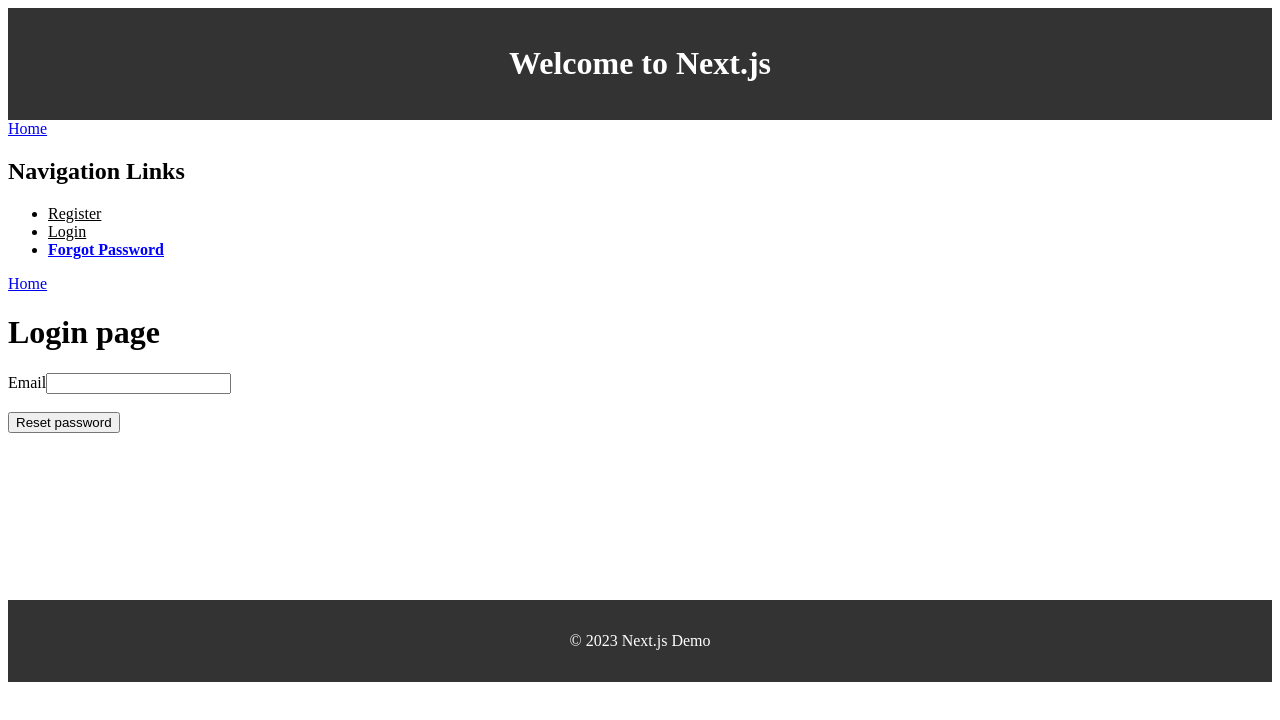
Repository: JasonMorta/NextJs-13_Basics
Page: /forgot-password (app in NEXTJS15/next13-demo/)
The author's editor kept a copy of each file at every save. The page is drawn from the files as they stood at one save, then again after the next save.
The browser window is 1280 px wide. The pictures show the whole page.
The project was rebuilt for these pictures with package versions that can differ from the ones it lists, and the page was loaded fresh each time. The framework's server and built-in components were replaced by stand-ins that run in the browser. Also part of the build but not shown: NEXTJS15/next13-demo/next.config.ts.

Above is the page before, as saved 2025-03-03 10:00:11.

After the next save:
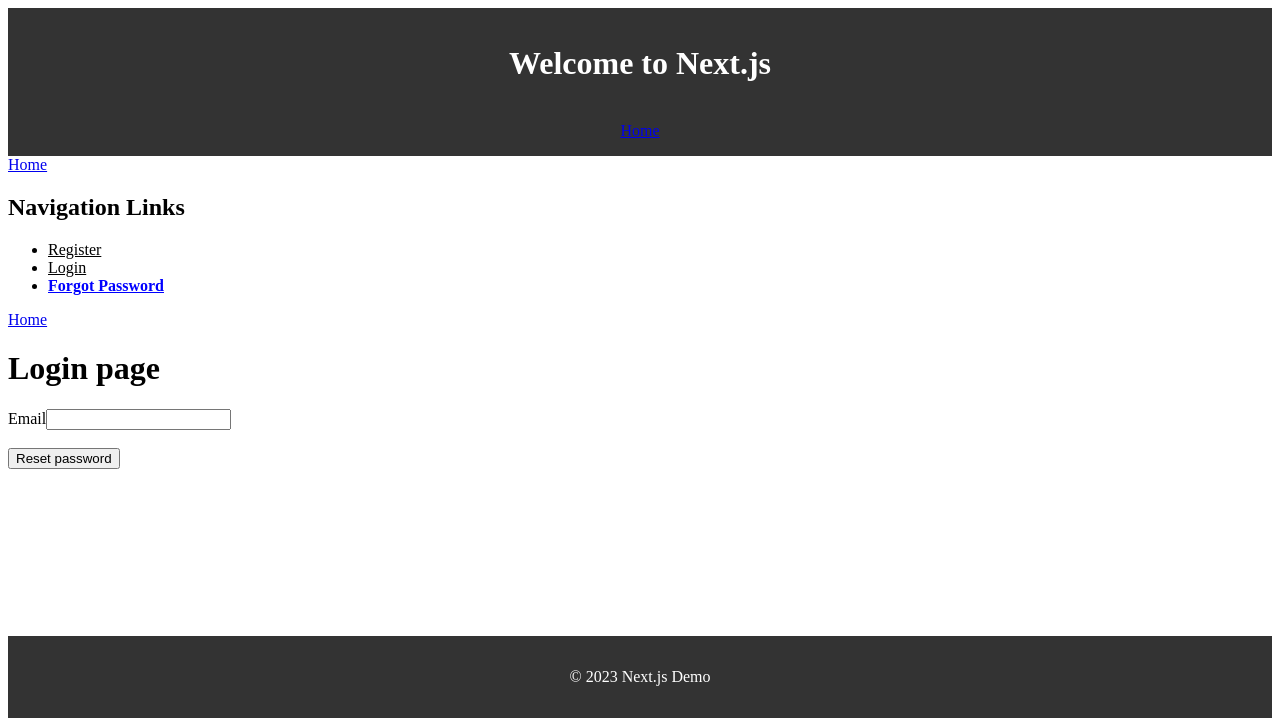
Saved 21 s later.
--- a/NEXTJS15/next13-demo/src/app/layout.tsx
+++ b/NEXTJS15/next13-demo/src/app/layout.tsx
@@ -1,3 +1,5 @@
+import Link from "next/link";
+
 export const metadata = {
   title: "Next.js",
   description: "Generated by Next.js",
@@ -9,6 +11,8 @@
       <body>
         <header style={{ backgroundColor: '#333', color: '#fff', padding: '1rem', textAlign: 'center' }}>
           <h1>Welcome to Next.js</h1>
+          <br />
+          <Link href="/">Home</Link>
         </header>
 
         <main style={{
